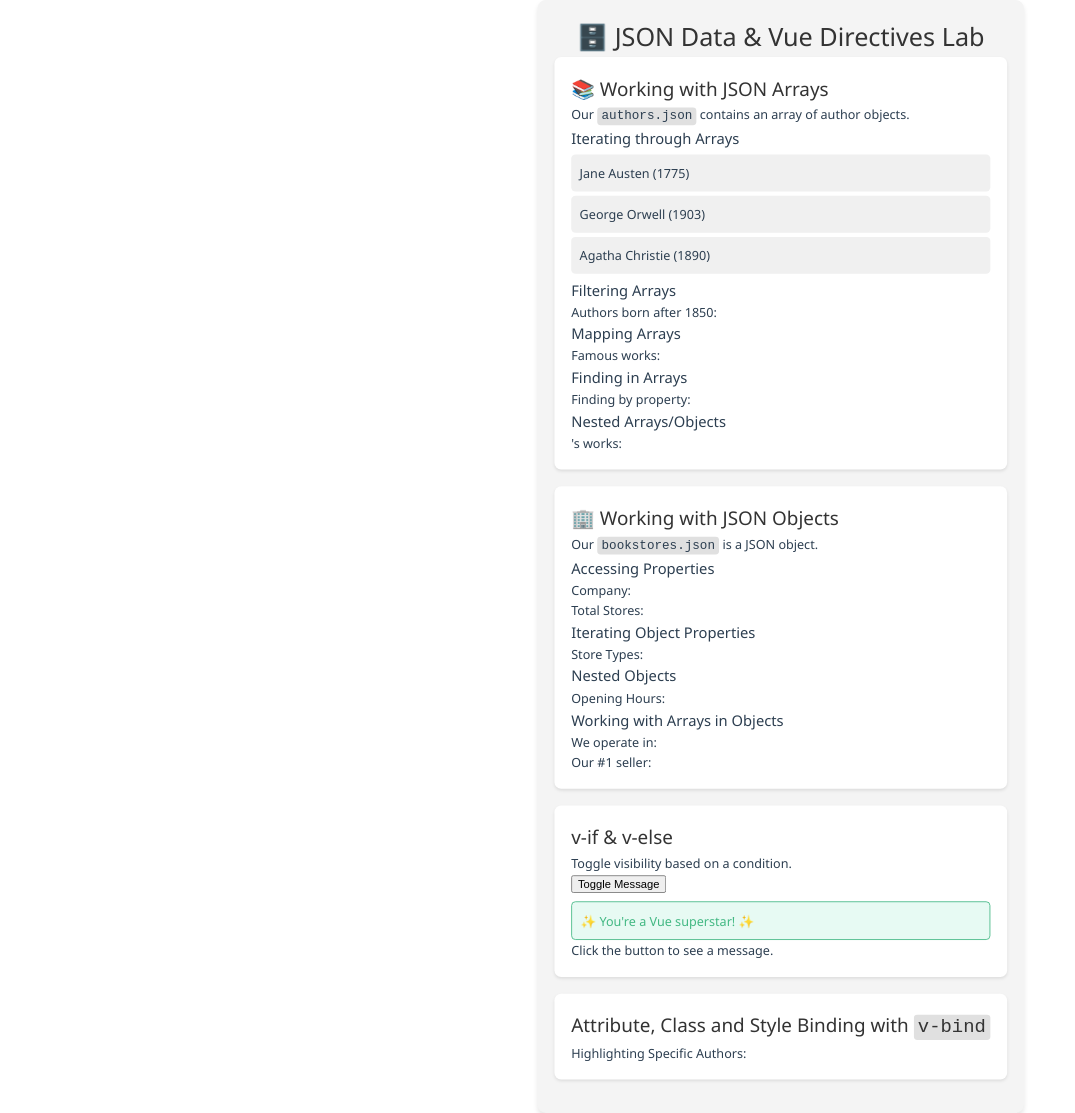
Repository: Andrew-JX/mji-library
Page: /
An editor plug-in stored every save of this project. The page is shown before and after the next save, followed by the edit.
The browser window is 1280 px wide. The pictures show the whole page, at 84% of full size.
The project was rebuilt for these pictures with package versions that can differ from the ones it lists, and the page was loaded fresh each time. Also part of the build but not shown: vite.config.js.

Above is the page before, as saved 2025-08-06 16:52:44.

### src/App.vue
<script setup>
import JSONView from "./components/JSON.vue";
</script>

<template>
  <header>
  </header>

  <main>
    <JSONView />
  </main>
</template>

<style scoped>
header {
  line-height: 1.5;
}

.logo {
  display: block;
  margin: 0 auto 2rem;
}

@media (min-width: 1024px) {
  header {
    display: flex;
    place-items: center;
    padding-right: calc(var(--section-gap) / 2);
  }

  .logo {
    margin: 0 2rem 0 0;
  }

  header .wrapper {
    display: flex;
    place-items: flex-start;
    flex-wrap: wrap;
  }
}
</style>

### src/components/JSON.vue
<!-- JSONLab.vue -->
<template>
  <div class="json-lab">
    <h1>🗄️ JSON Data & Vue Directives Lab</h1>

    <section class="lab-section">
      <h2>📚 Working with JSON Arrays</h2>
      <p>Our <code>authors.json</code> contains an array of author objects.</p>

      <h3>Iterating through Arrays</h3>
      <!-- Activity 6: Render a list containing author names and their birth years. Hint: Make use of the v-for directive to iterate through the array of authors. -->
      <!-- TODO: CODE TO RENDER LIST OF AUTHORS HERE -->
      <ul>
        <li v-for="author in authors" :key="author.id">
          {{ author.name }} ({{ author.birthYear }})
        </li>
      </ul>
      <h3>Filtering Arrays</h3>
      <!-- Activity 7: Render a list containing authors born after 1850. Hint: Make use of the v-for directive to iterate through the array of authors that you have filtered out. -->
      <p>Authors born after 1850:</p>
      <!-- TODO: CODE TO RENDER LIST OF AUTHORS HERE -->
      <ul>
        <li v-for="author in modernAuthors" :key="author.id">
          {{ author.name }} ({{ author.birthYear }})
        </li>
      </ul>
      <h3>Mapping Arrays</h3>
      <p>Famous works:</p>
      <ul>
        <!-- Activity 8: Render a list of all famous works. Hint: Use the v-for directive to iterate through the array of authors that you have filtered out. -->
        <li v-for="work in allFamousWorks" :key="work">
          {{ work }}
        </li>
      </ul>

      <h3>Finding in Arrays</h3>
      <p>Finding by property: {{ orwell?.name }}</p>

      <h3>Nested Arrays/Objects</h3>
      <p>{{ austen?.name }}'s works:</p>
      <!-- Activity 9: Render a list of Austen's works. Hint: Use the v-for directive to iterate through the array of authors that you have filtered out. -->
      <!-- TODO: CODE TO RENDER LIST OF AUSTEN'S WORKS HERE -->
      <ul>
        <li v-for="work in austen?.famousWorks" :key="work.title">
          {{ work.title }} ({{ work.year }})
        </li>
      </ul>
    </section>

    <section class="lab-section">
      <h2>🏢 Working with JSON Objects</h2>
      <p>Our <code>bookstores.json</code> is a JSON object.</p>

      <h3>Accessing Properties</h3>
      <p>
        Company:
        <!-- Activity 9a: Get the company name from the bookstores object. -->
        <!-- TODO: CODE TO GET COMPANY NAME HERE -->
      </p>

      <p>
        Total Stores:
        <!-- Activity 9b: Get the total number of stores from the bookstores object. -->
        <!-- TODO: CODE TO GET TOTAL STORES HERE -->
      </p>

      <h3>Iterating Object Properties</h3>
      <p>Store Types:</p>
      <!-- Activity 10: Iterate through the storeTypes array and display the store type and the number of stores that use that type. -->
      <!-- TODO: CODE TO RENDER LIST OF STORE TYPES HERE -->

      <h3>Nested Objects</h3>
      <p>Opening Hours:</p>
      <!-- Activity 11: Iterate through the openingHours object and display the day of the week and the opening and closing times. -->
      <!-- TODO: CODE TO RENDER LIST OF OPENING HOURS HERE -->

      <h3>Working with Arrays in Objects</h3>
      <!-- Activity 12: Get the top sellers from the bookstores object. -->
      <!-- TODO: CODE TO GET TOP SELLERS HERE -->
      <p>We operate in:</p>
      <p>Our #1 seller:</p>
    </section>

    <section class="lab-section">
      <h2>v-if & v-else</h2>
      <p>Toggle visibility based on a condition.</p>
      <!-- Activity 13: Toggle the message visibility when the button is clicked. -->
      <!-- TODO: CODE TO TOGGLE MESSAGE VISIBILITY HERE. Hint: Use the v-if directive. -->
      <button @click="showMessage = !showMessage">Toggle Message</button>
      <p class="message success">✨ You're a Vue superstar! ✨</p>
      <p>Click the button to see a message.</p>
    </section>

    <section class="lab-section">
      <h2>Attribute, Class and Style Binding with <code>v-bind</code></h2>
      <p>Highlighting Specific Authors:</p>

    </section>
  </div>
</template>

<script setup>
import { ref, computed } from "vue"
import authorsData from '../assets/json/authors.json'
import bookstoresData from '../assets/json/bookstores.json'
// Activity 1: Import JSON files (authors.json and bookstores.json)
// TODO: CODE TO IMPORT JSON FILES HERE
const authors = ref(authorsData)
const bookstores = ref(bookstoresData)
const showMessage = ref(false)

// Activity 2: Get authors born after 1850
const modernAuthors = computed(() => {
  // TODO: CODE TO FILTER ARRAY OF AUTHORS HERE
  authors.value.filter(author => author.birthYear > 1850)
})

// Activity 3: Get all famous works
const allFamousWorks = computed(() => {
  // TODO: CODE TO GET ALL FAMOUS WORKS HERE
  authors.value.flatMap(author => author.famousWorks.map(work => work.title))
})

// Activity 4: Find author by name
const orwell = computed(() => {
  // TODO: CODE TO FIND AUTHOR BY NAME HERE
  authors.value.find(author => author.name === 'George Orwell')
})

// Activity 5: Find author by ID
const austen = computed(() => {
  // TODO: CODE TO FIND AUTHOR BY ID HERE
  authors.value.find(author => author.id === 1)  // Jane Austen

})
</script>

<style scoped>
.json-lab {
  font-family: "Segoe UI", Tahoma, Geneva, Verdana, sans-serif;
  max-width: 80vw;
  margin: 0 auto;
  padding: 20px;
  background-color: #f4f4f4;
  border-radius: 10px;
  box-shadow: 0 4px 6px rgba(0, 0, 0, 0.1);
}

h1,
h2 {
  color: #333;
}

h1 {
  text-align: center;
}

.lab-section {
  background-color: white;
  padding: 20px;
  margin-bottom: 20px;
  border-radius: 8px;
  box-shadow: 0 2px 4px rgba(0, 0, 0, 0.1);
}

.message {
  padding: 10px;
  border-radius: 5px;
  margin-top: 10px;
}

.success {
  background-color: #e7faf3;
  color: #42b883;
  border: 1px solid #42b883;
}

.highlight {
  background-color: #42b883;
}

code {
  background-color: #e0e0e0;
  padding: 2px 5px;
  border-radius: 4px;
  font-family: "Courier New", Courier, monospace;
}

ul {
  list-style-type: none;
  padding: 0;
}

li {
  background-color: #f0f0f0;
  padding: 10px;
  margin: 5px 0;
  border-radius: 5px;
}
</style>

Loaded but not shown: index.html (common file); src/main.js (common file); src/assets/main.css (common file); src/assets/base.css (common file); src/assets/json/authors.json (common file); src/assets/json/bookstores.json (common file)

After the next save:
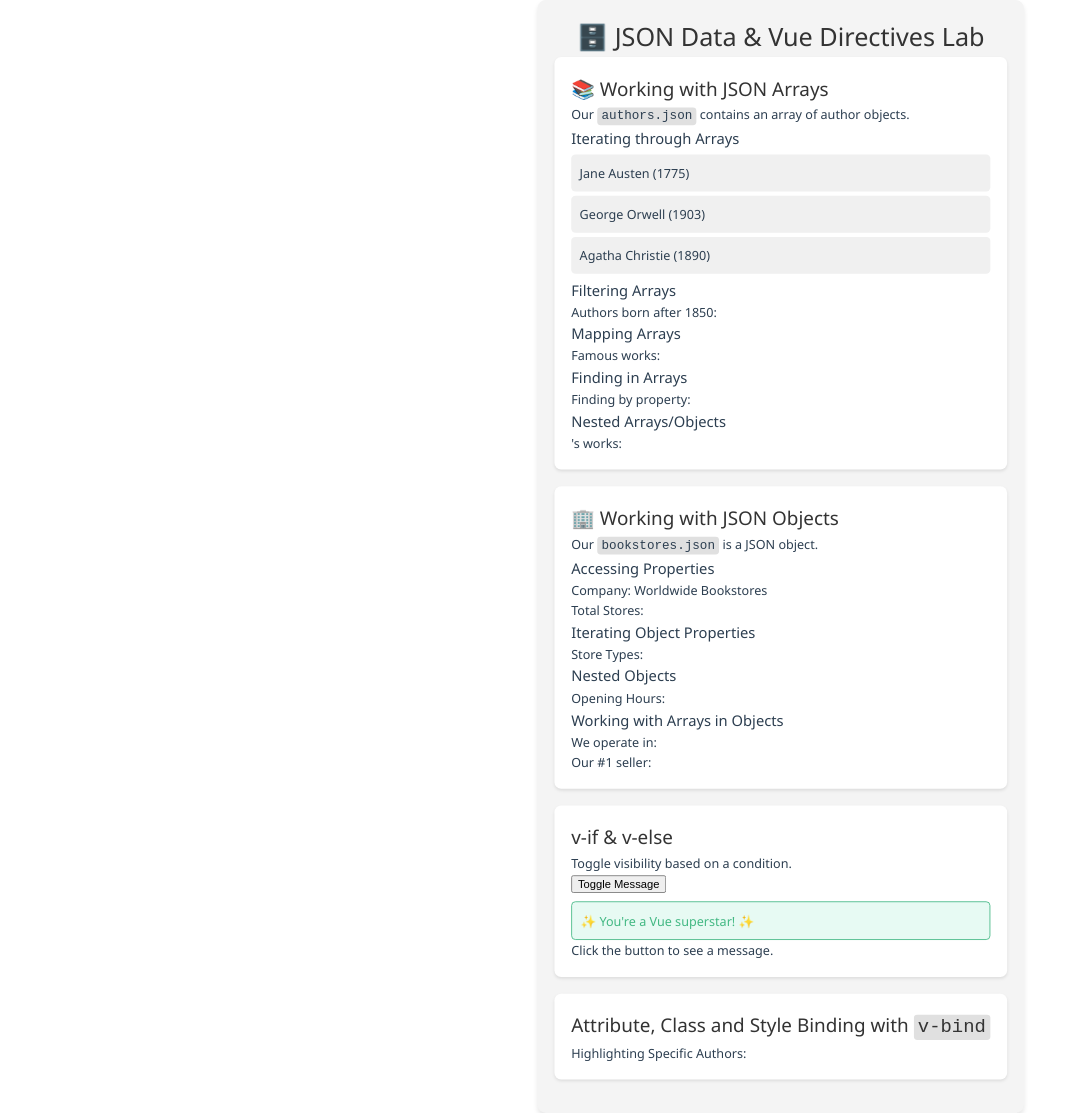
Saved 16 s later.
--- a/src/components/JSON.vue
+++ b/src/components/JSON.vue
@@ -56,6 +56,7 @@
         Company:
         <!-- Activity 9a: Get the company name from the bookstores object. -->
         <!-- TODO: CODE TO GET COMPANY NAME HERE -->
+        {{ bookstores.name }}
       </p>
 
       <p>
